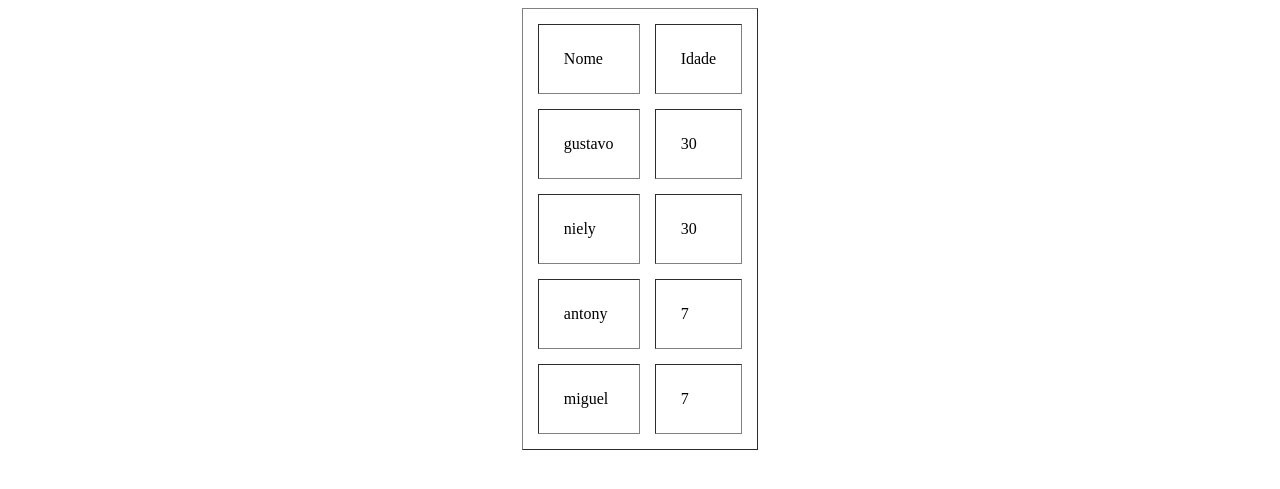
Repository: gustavotwist/html-css
Page: forn.html
These files come from the project's save history. The page is drawn as it stood at one moment and after the next save; the edit follows.
The browser window is 1280 px wide. The pictures show the whole page.

Above is the page before, as saved 2024-04-27 19:14:43.

After the next save:
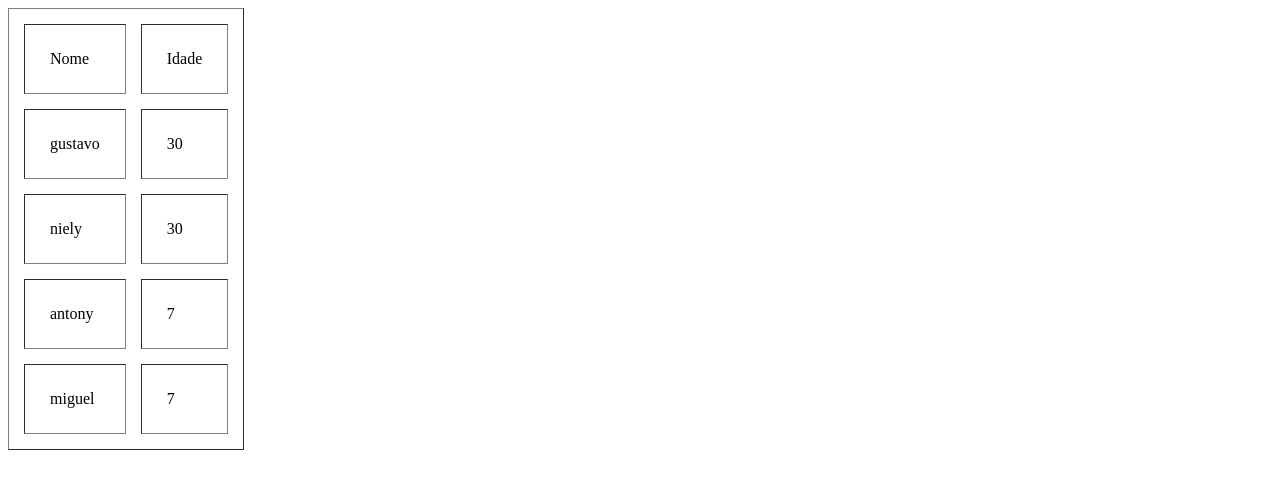
Saved 2 min 57 s later.
--- a/forn.html
+++ b/forn.html
@@ -40,7 +40,7 @@
 
 
     </form>-->
-    <table border="1" width="200" cellspacing="15" cellpadding="25" align="center">
+    <table border="1" width="200" cellspacing="15" cellpadding="25 align="center">
         <tr>
             <td>Nome</td>
             <td>Idade</td>

After the save that followed:
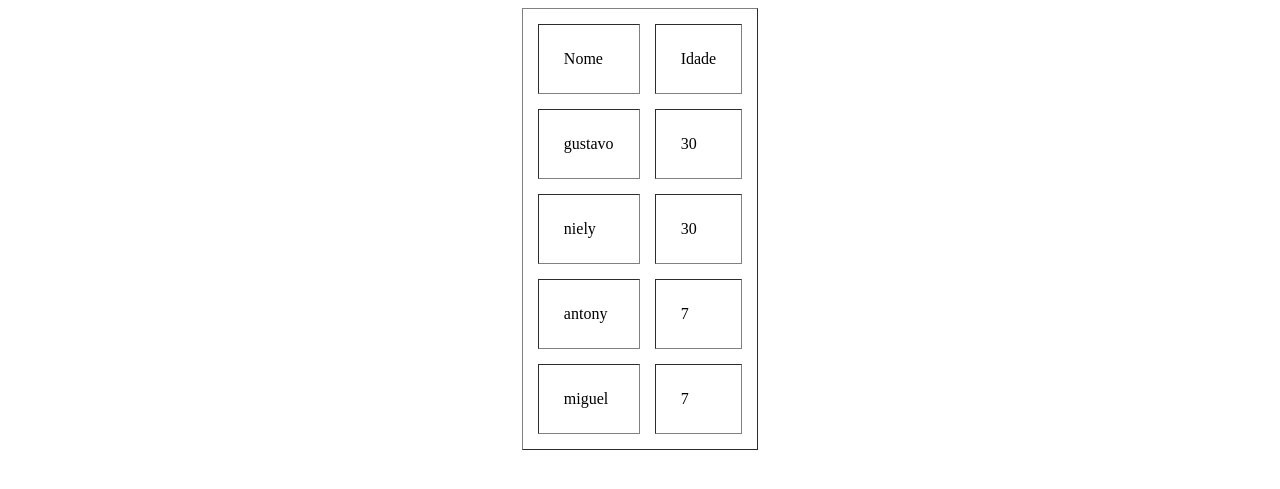
Saved 4 s later.
--- a/forn.html
+++ b/forn.html
@@ -40,7 +40,7 @@
 
 
     </form>-->
-    <table border="1" width="200" cellspacing="15" cellpadding="25 align="center">
+    <table border="1" width="200" cellspacing="15" cellpadding="25" align="center">
         <tr>
             <td>Nome</td>
             <td>Idade</td>
